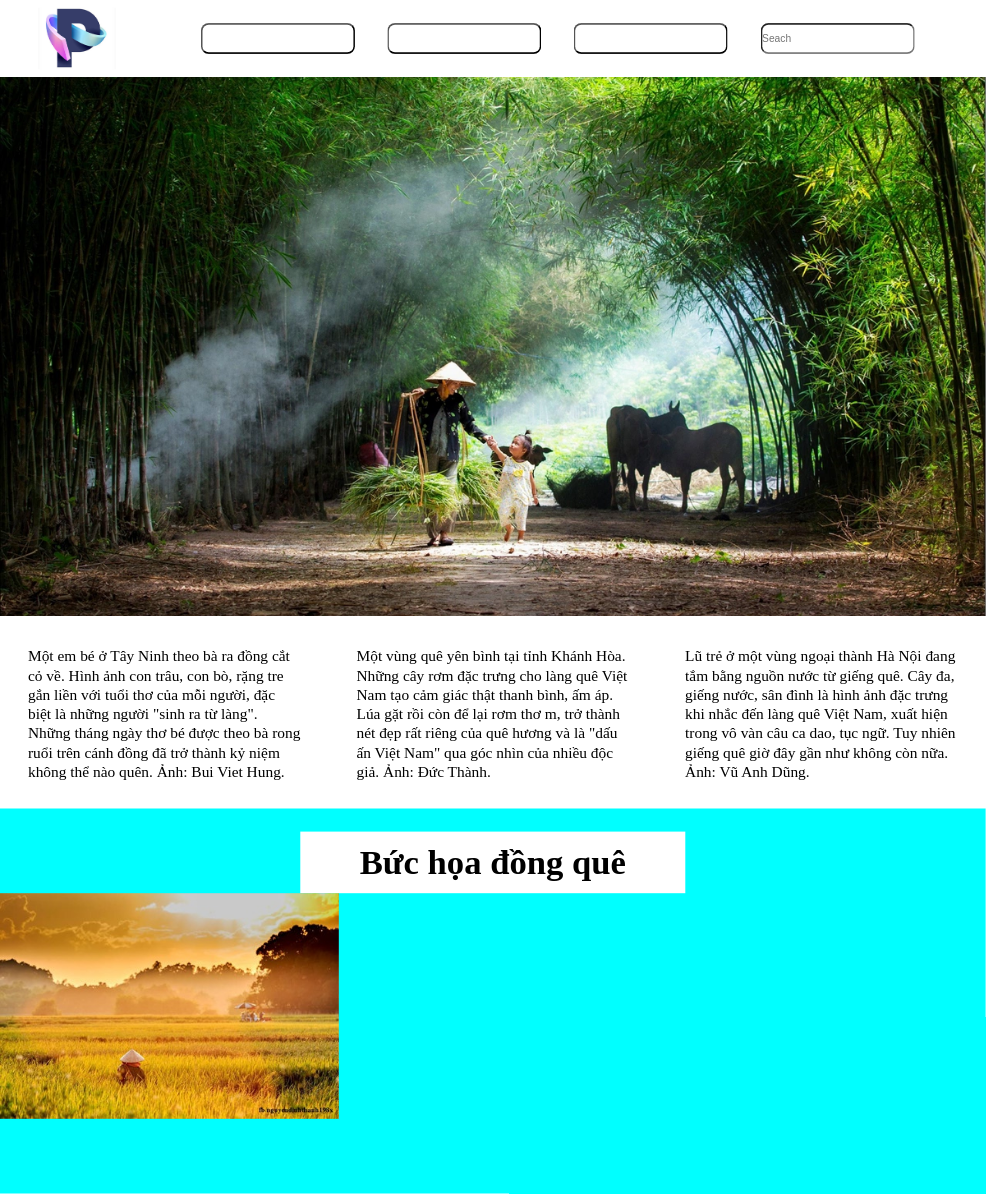
Repository: thinh909thinh/Thi
Page: index.html
The author's editor kept a copy of each file at every save. The page is drawn from the files as they stood at one save, then again after the next save.
The browser window is 1280 px wide. The pictures show the whole page, at 77% of full size.

Above is the page before, as saved 2022-05-13 09:21:18.

### index.html
<!DOCTYPE html>
<html lang="en">
<head>
    <meta charset="UTF-8">
    <meta http-equiv="X-UA-Compatible" content="IE=edge">
    <meta name="viewport" content="width=device-width, initial-scale=1.0">
    <link rel="stylesheet" href="main.css">
    <title>Document</title>
</head>
<body>
    <header>
        <div class="img">
            <img src="./img/logo.jpg" alt="">
        </div>
        <div class="btn_s">
            <button></button>
            <button></button>
            <button></button>
            <input type="text" placeholder="Seach">
        </div>
    </header>
    <section>
        <div class="imgbg">
            <img src="./img/gb.webp" alt="">
        </div>
        <div class="all_text">
            <div class="text">
                <p>Một em bé ở Tây Ninh theo bà ra đồng cắt cỏ về.
                    Hình ảnh con trâu, con bò, rặng tre gắn liền với tuổi thơ của mỗi người,
                     đặc biệt là những người "sinh ra từ làng".
                     Những tháng ngày thơ bé được theo bà rong ruổi trên cánh
                     đồng đã trở thành kỷ niệm không thể nào quên. Ảnh: Bui Viet Hung.</p>
            </div>
            <div class="text">
                <p>
                    Một vùng quê yên bình tại tỉnh Khánh Hòa. Những cây rơm đặc trưng cho làng
                     quê Việt Nam tạo cảm giác thật thanh bình, ấm áp. Lúa gặt rồi còn để lại rơm thơ
                    m, trở thành nét đẹp rất riêng của quê hương và là "dấu ấn Việt Nam" qua
                    góc nhìn của nhiều độc giả. Ảnh: Đức Thành.
                </p>
            </div>
            <div class="text">
                <p>
                    Lũ trẻ ở một vùng ngoại thành Hà Nội đang tắm bằng nguồn nước từ giếng quê. Cây đa, giếng nước,
                     sân đình là hình ảnh đặc trưng khi nhắc đến làng quê Việt Nam,
                     xuất hiện trong vô vàn câu ca dao, tục ngữ. Tuy nhiên giếng quê giờ đây gần như không còn nữa. Ảnh: Vũ Anh Dũng.
                </p>
            </div>
        </div>
        <div class="main">
            <div class="h2">
                <h2>Bức họa đồng quê </h2>
            </div>
            <div class="big_card">
            <div class="card">
                <div class="card_top">
                    <img src="./img/dong_que_1.jpg" alt="">
                </div>
                <div class="card_bot"></div>
            </div>
            </div>
        </div>
    </section>
</body>
</html>

### main.css
*{
    padding: 0;
    margin: 0;
    box-sizing: border-box;
}
header{
    width: 100%;
    height: 100px;
    display: flex;
    justify-content: space-between;
    align-items: center;
}
.btn_s{
    width: 1200px;
    height: 100px;
    display: flex;
    justify-content: space-evenly;
    align-items: center;
    margin-right: 50px;

}
input{
    width: 200px;
    height: 40px;
    border-radius: 10px;
}
.img{
    width: 200px;
    height: 80px;
    margin-left: 50px;
}
.img img{
    width: 100px;
    height: 100%;
    object-fit: cover;
}
button{
    width: 200px;
    height: 40px;
    border-radius: 10px;
    cursor: pointer;
    background-color: white;

}
.imgbg{
    width: 100%;
    height: 700px;
}
.imgbg img{
    width: 100%;
    height: 100%;
    object-fit: cover;
}
.all_text{
    width: 100%;
    height: 250px;
    display: flex;
    justify-content: space-around;
    align-items: center;
}
.all_text .text{
    width: 30%;
    height: 200px;
}
.all_text .text p{
    font-size: 20px;
    line-height: 25px;
    padding: 15px;
}
.main{
    width: 100%;
    height: 500px;
    background-color: aqua;
    padding-top:30px ;
}
.main .h2{
    width: 500px;
    height: 80px;
    background-color: white;
    margin: 0 auto;
    font-size: 30px;
    text-align: center;
    line-height: 80px;

}

After the next save:
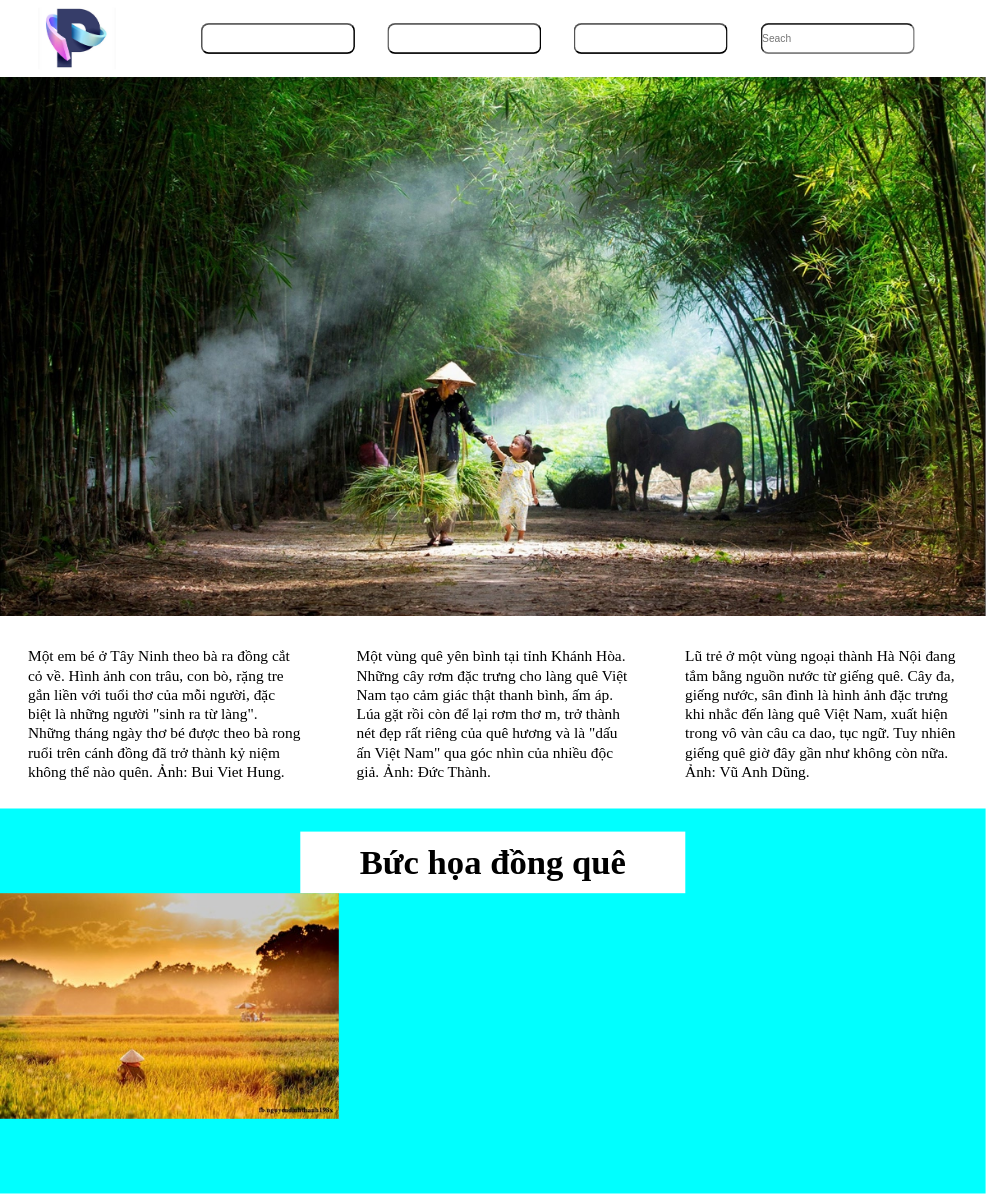
Saved 25 s later.
--- a/main.css
+++ b/main.css
@@ -83,3 +83,7 @@
     line-height: 80px;
 
 }
+.main .big_card{
+    width: 100%;
+    height: 400px;
+}
